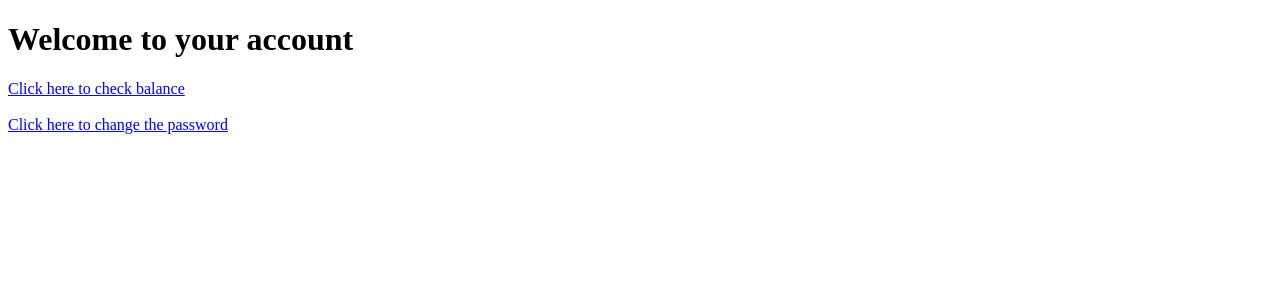
Repository: KGDarshan/BankApplication
Page: CaravanBanking/WebContent/Home.html
The author's editor kept a copy of each file at every save. The page is drawn from the files as they stood at one save, then again after the next save.
The browser window is 1280 px wide. The pictures show the whole page.

Above is the page before, as saved 2020-10-09 13:21:04.

### CaravanBanking/WebContent/Home.html
<!DOCTYPE html>
<html>
<head>
<meta charset="ISO-8859-1">
<title>Home Page</title>
</head>
<body>
	<h1>Welcome to your account</h1>
	<a href="Checkbalance">Click here to check balance</a><br><br>
	<a href="ChangePwd.html">Click here to change the password</a>
</body>
</html>

After the next save:
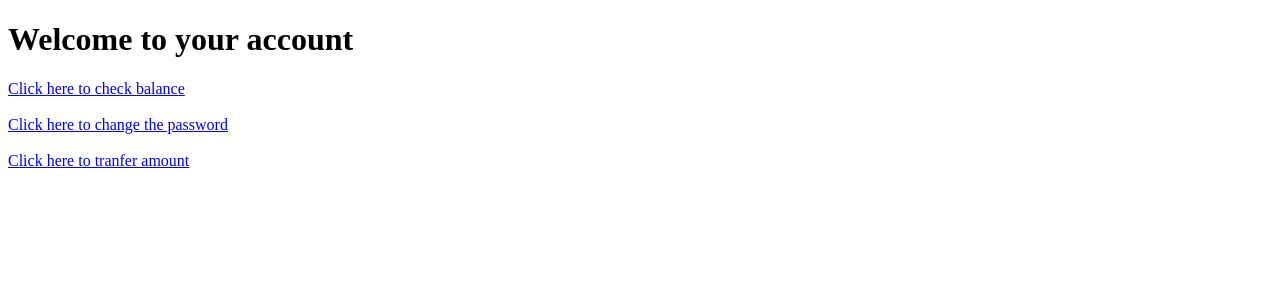
Saved 36 s later.
--- a/CaravanBanking/WebContent/Home.html
+++ b/CaravanBanking/WebContent/Home.html
@@ -7,6 +7,7 @@
 <body>
 	<h1>Welcome to your account</h1>
 	<a href="Checkbalance">Click here to check balance</a><br><br>
-	<a href="ChangePwd.html">Click here to change the password</a>
+	<a href="ChangePwd.html">Click here to change the password</a><br><br>
+	<a href="Transfer.html">Click here to tranfer amount</a><br><br>
 </body>
 </html>
